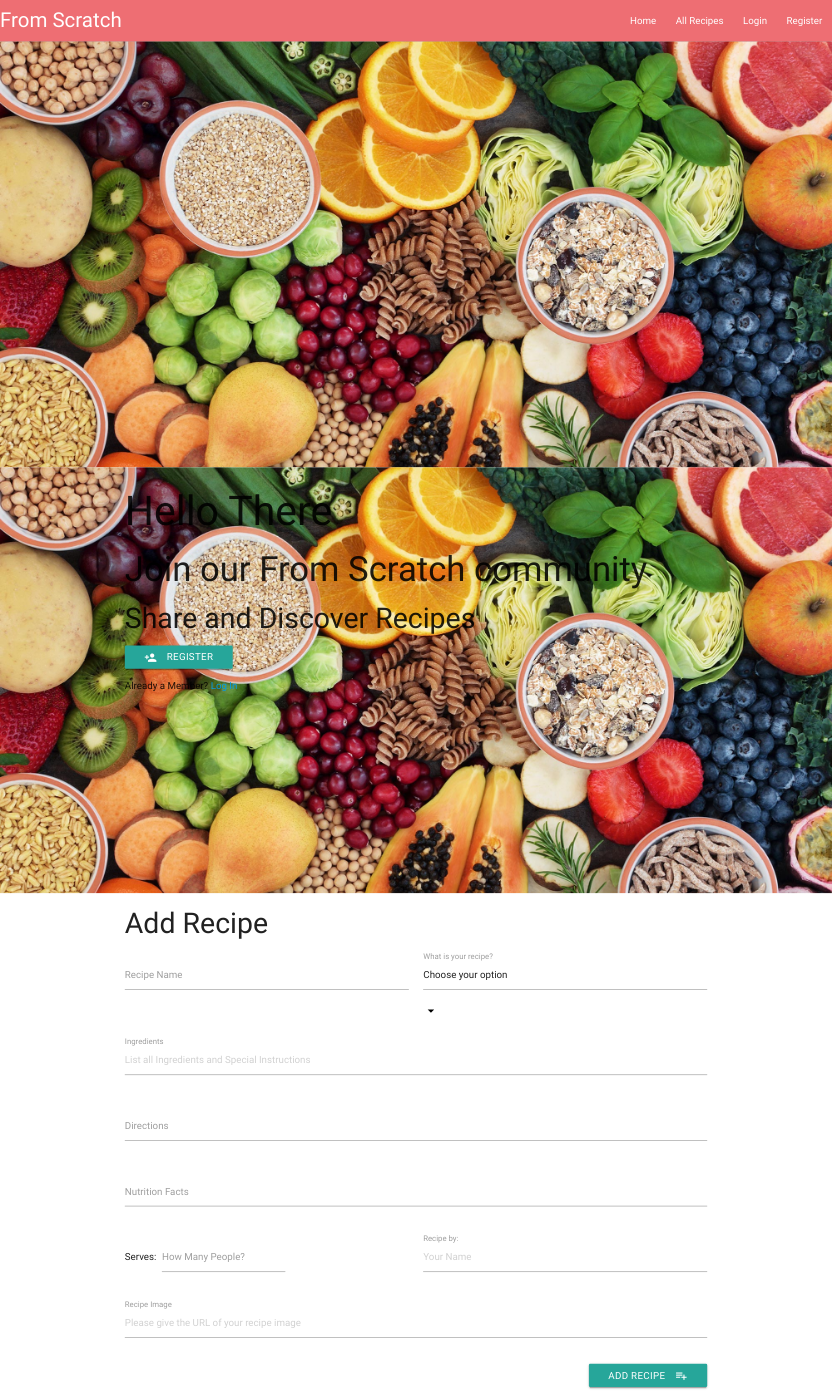
Repository: callendera/MilestoneProject3
Page: http://localhost/
The author's editor kept a record of every edit. The page is drawn from the files as they stood at one moment, then again after the next edit.
The browser window is 1280 px wide. The pictures show the whole page, at 65% of full size.
Backgrounds fixed to the window are drawn as part of the page. The page is served by the project's application, run on Flask 3 (recipe.py). Queries for data that is not in the repository find no rows.

Above is the page before.

After the next edit:
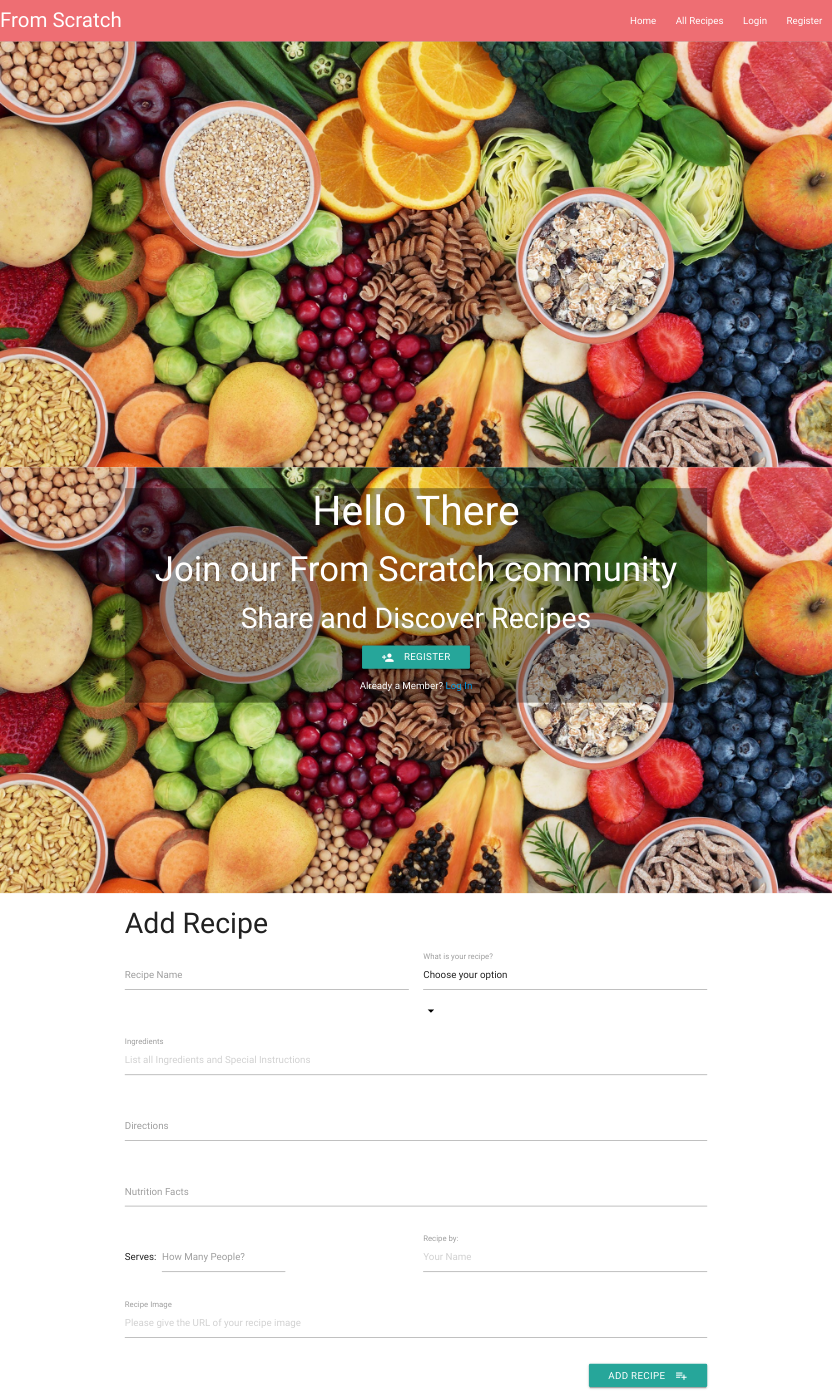
The edit:
--- a/static/css/style.css
+++ b/static/css/style.css
@@ -28,7 +28,10 @@
     height: 91vh;
 }
 
-.callout-text {
+.callout-text-background-color {
     text-align: center;
+    background-color: #05000059;
+    color: white;
+    height: 330px;
 
 }
